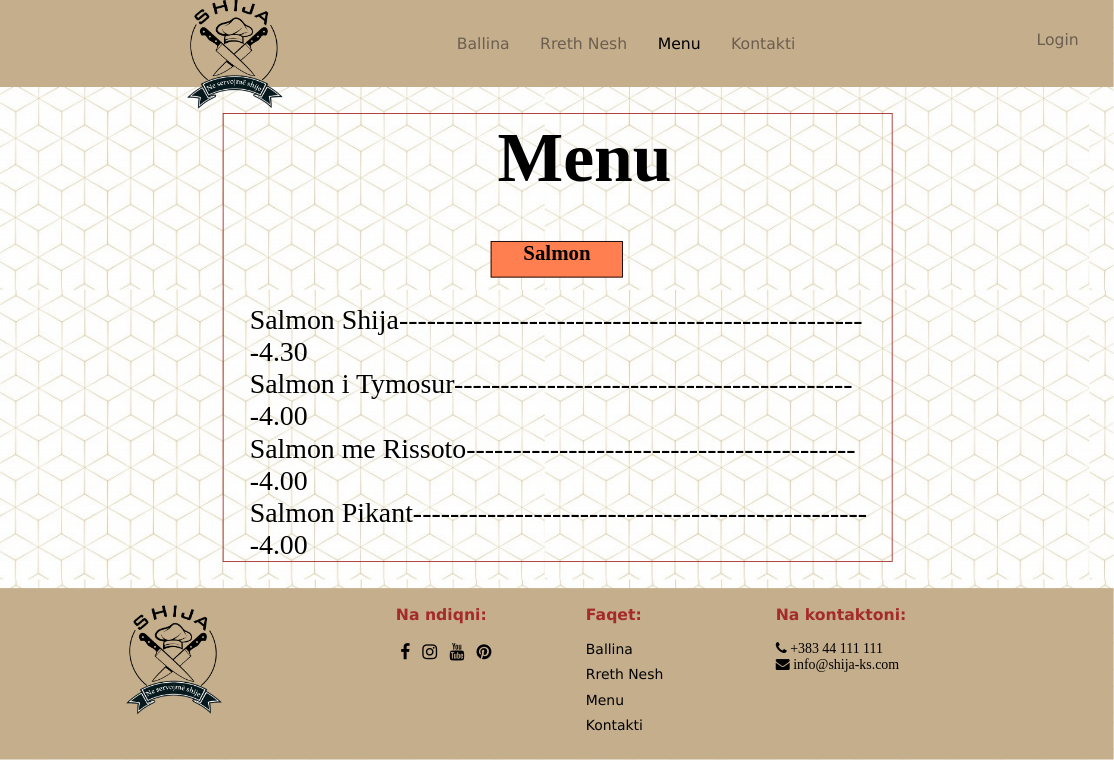
Repository: bs47892/ProjektiWeb-Shija2020
Page: menu.html
An editor plug-in stored every save of this project. The page is shown before and after the next save, followed by the edit.
The browser window is 1280 px wide. The pictures show the whole page, at 87% of full size.
Some web fonts or font styles are not loaded; a fallback is used.

Above is the page before, as saved 2021-02-12 14:20:17.

### menu.html
<!DOCTYPE html>
<html>
    <head>
<title> Restaurant Shija </title>
<link rel="stylesheet" type="text/css" href ="style.css">
<link rel="stylesheet" href="https://stackpath.bootstrapcdn.com/font-awesome/4.7.0/css/font-awesome.min.css">
<link rel="preconnect" href="https://fonts.gstatic.com">

<link href="https://fonts.googleapis.com/css2?family=Dancing+Script&family=EB+Garamond&family=Lovers+Quarrel&display=swap" rel="stylesheet">
    </head>
    <body>
       <header class="header">
           <div class ="container">
               <div class="logo">
            <img src="images/logo-png.png" alt="llogo" width="110" height="125"/>
               </div>
           <nav>
            <ul>
                <li><a href="shija.html" class="underline">Ballina</a></li>
                <li><a href="RrethNesh.html" class="underline">Rreth Nesh</a></li>
                <li><a href="menu.html" class="underline active">Menu</a></li>
                <li><a href="kontakti.html" class="underline">Kontakti</a></li>
            </ul>
            </nav>
            <li><a href="login/login.html" class="rightlog">Login</a></li>


           </div>
        </header>
 <!--********************Ketu perfundon tagu per header*****************************-->
<div class="menuja">
    <h1>Menu</h1>
    <div class="titull">
        <h2>Salmon</h2>
    </div>
        <ul>
            <li>Salmon Shija---------------------------------------------------4.30</li>
            <li>Salmon i Tymosur--------------------------------------------4.00</li>
            <li>Salmon me Rissoto-------------------------------------------4.00</li>
            <li>Salmon Pikant--------------------------------------------------4.00</li>
        </ul>

</div>








<!--**************************Ketu fillon footeri**********************************-->
<footer class="footer">
    <div class="inner_footer">
        <div class="logo">
            <img src="images/logo-png.png" alt="llogo" width="110" height="125"/>
        </div>
        <div class ="footer_third">

            <h3>Na ndiqni: </h3>
            <p>

            </p>
            <div class="socials">
            <ul>
            <li><a href="#"><i class="fa fa-facebook"></i></a></li>
            <li><a href="#"><i class="fa fa-instagram"></i></a></li>
            <li><a href="#"><i class="fa fa-youtube"></i></a></li>
            <li><a href="#"><i class="fa fa-pinterest"></i></a></li>
            </ul>
            </div>
        </div>
        <div class ="footer_third">
            <h3>Faqet: </h3>
            <p>

            </p>
            <div class="menu">
            <ul>
                <li><a href="shija.html">Ballina</a></li>
                <li><a href="RrethNesh.html">Rreth Nesh</a></li>
                <li><a href="menu.html">Menu</a></li>
                <li><a href="kontakti.html">Kontakti</a></li>
            </ul>
            </div>
            </div>

        <div class ="footer_third">
            <h3>Na kontaktoni: </h3>
            <p>

            </p>
            <div class="kontakti">
                <i class="fa fa-phone"> +383 44 111 111</i>
            <i class ="fa fa-envelope"> info@shija-ks.com</i>
            </div>
        </div>





    </footer>
    </body>
</html>

### style.css
*{
    margin:0;
    padding:0;
    list-style: none;
    text-decoration: none;
}
body{
    background-image:url(images/mainbackground.jpg);
}


header{
    min-height: 100px;
    background-color: rgb(196, 174, 140);
}
.logo {

    float:left;
    padding: 0 200px 0 215px;

}
nav ul li{
    float: left;
    line-height: 100px; /*text in the center*/
    padding-right: 15px;
}

nav ul li a{
    display: block;
    font-size: 18px;
    font-family:Verdana, Geneva, Tahoma, sans-serif;
    color:rgba(44, 37, 37, 0.582);
    padding: 0px 20px 1px 0px;

}

nav ul li a:hover{
    color:rgb(0, 0, 0);
}

.underline {
    display: inline;
    position: relative;
    user-select: none;
}



.underline::before {
    content: '';
    position: absolute;
    width: 100%;
    transform: scaleX(0);
    height: 3px;
    bottom: 0;
    left: 0;
    background-color: #000000c4;
    transform-origin: center;
    transition: transform 0.30s ease-out;
}
.underline:hover::before {
    transform: scaleX(1);
    transform-origin: center;
}

.active {
    color: black;
}
footer{
    position: relative;;    /*rreshti 47 dhe 48 e definojne poziten e footerit*/
    bottom: 0;
    width: 100vw;
    display: block;
    overflow: hidden;
    padding: 20px 0;
    box-sizing: border-box;
    background-color: rgb(196, 174, 140);
}
.inner_footer{
    display: block;
    margin: 0 auto;
    width: 1100px;
}
.inner_footer .logo{
   padding-left: 5%;

}
.inner_footer .footer_third{

  width: calc(21.666666667% - 20px);
  display: inline;
    float:left;
    height:100%
}
.inner_footer .footer_third:last-child{
    margin-right:0;
}
.inner_footer .footer_third h3{
    font-family: Verdana, Geneva, Tahoma, sans-serif;
    font-size:18px;
    color: brown;
    display:block;
    width: 100%;
    margin-bottom:20px;
}
.inner_footer .footer_third .socials a{
    font-family: Verdana, Geneva, Tahoma, sans-serif;

    display:block;
    color: black;
    font-weight:200;
    width: 100%;
    padding-bottom:20px;
}
.inner_footer .footer_third .socials li{
    display: inline-block;
    padding: 0 5px;
    font-size: 20px;
}
.inner_footer .footer_third .menu a{
    font-family:Verdana, Geneva, Tahoma, sans-serif;
    display:block;
    color: black;
    padding-bottom:10px;
}

.rightlog {
    float: right;
    display: block;
    font-size: 18px;
    font-family:Verdana, Geneva, Tahoma, sans-serif;
    color:rgba(44, 37, 37, 0.582);
    padding: 35px 40px 35px 35px;
}

.rightlog:hover {
    color: black;
}
/*main page (slider)*/
.slider{


    transform: translate(-25%, 0%);
       width:800px;
       height:500px;
       border-radius: 10px;
       overflow:hidden;

   }
   .slides{
       width:500%;
       height: 500px;
       display: flex;
   }
   .slides input{
       display: none;
   }
   .slide{
       width:20%;
       transition: 2s;
   }
   .slide img{
       width:800px;
       height:500px;
   }
   .navigation-manual{
   position: absolute;
   width:800px;
   margin-top: 460px;
   display: flex;
   justify-content: center;

   }
   .manual-btn{
       border:2px solid black;
       padding: 5px;
       border-radius: 10px;
       cursor:pointer;
       transition:1s;
   }
   .manual-btn:not(:last-child){
       margin-right: 40px;
   }
   .manual-btn:hover{
       background-color: black;

   }
   #radio1:checked ~ .first{
       margin-left:0;
   }
   #radio2:checked ~ .first{
       margin-left:-20%;
   }
   #radio3:checked ~ .first{
       margin-left:-40%;
   }
   #radio4:checked ~ .first{
       margin-left:-60%;
   }
   .navigation-auto{
       position: absolute;
       display: flex;
       width:800px;
       justify-content: center;
       margin-top: 460px;
   }
   .navigation-auto div{
       border:2px solid black;
       padding:5px;
       border-radius:10px;
       transition: 1s;
   }
   .navigation-auto div:not(:last-child){
       margin-right: 40px;
   }
   #radio:checked ~ .navigation-auto.auto-btn1{
       background: black;
   }
   #radio:checked ~ .navigation-auto.auto-btn2{
       background: black;
   }
   #radio:checked ~ .navigation-auto.auto-btn3{
       background: black;
   }
   #radio:checked ~ .navigation-auto.auto-btn4{
       background: black;
   }
   /*main slider perfundon ketu*/

   /*sllogani*/
   .sllogani{
       display:block;
       border:1px solid black;
       height: 200px;
       width: 100%;
       background-color:white;
       margin-top: 50px;
   }
   .sllogani h1{
      font-size: 500%;
      font-family:  'Dancing Script', cursive;
      color: brown;
      margin-top: 50px;
      margin-left: 30%;

   }
   /*perfundoi sllogani*/
   /*specialitet*/
   .specialiteti{
       display: block;
       border:1px solid white;
       height: 400px;
       width:100%;

   }
   .specialiteti img{
       float:left;
       margin-top:100px;
       margin-left: 20px;
       size: 275, 153;
   }
   .specialiteti h1{
       font-size: 300%;
       margin-top: 80px;
       font-family: 'EB Garamond', serif;
       font-style: italic;
   }
   .specialiteti p{
       float:right;
       font-size: 180%;
       margin-top: 25px;
       margin-right: 50px;
       line-height: 35px;
       font-family: 'EB Garamond', serif;
   }
   /*perfundon specialiteti*/
   .lokacioni{
    display: block;
    border:1px solid white;
    height: 500px;
    width:100%;
    background-color: white;

   }
.lokacioni img{
 float: left;
 margin-left: 50px;
}
.lokacioni h1{
    font-family: 'EB Garamond', serif;
    font-style: italic;
    margin-top: 50px;
    margin-left: 600px;
}
.lokacioni p{
float: right;
margin-right: 300px;
margin-top:50px;
font-size: 130%;
line-height: 50px;
font-family: 'EB Garamond', serif;
}
.lokacioni p i{
    color:mediumvioletred;
}

/* Rreth nesh */
.body02 {
    background-image:url(images/rrethdesc.png);
    height: 600px;
    width: 1536px;
}
.about-section{
    font-family: Verdana, Geneva, Tahoma, sans-serif;
}

.inner-container{
    height: 400px;
    font-family: 'Poppins', sans-serif;
}

.inner-container h1{
    font-size: 30px;
    font-weight: 900;
}

.text{
    font-size: 20px;
    color: #545454;
    line-height: px;
    text-align: justify;

}

h1 {
    margin-left: 41%;
    padding-top: 5px;
}

h2 {
    padding-top: 50px;
    padding-left: 30px;
}

p {
    line-height: 24px;
}

/*Menu fillon ketu*/
.menuja{
    border:1px solid brown;
    height: auto;
    width: 60%;
margin-left: 20%;
margin-top: 30px;
margin-bottom: 30px;
}
.menuja h1{
    font-family: 'Dancing Script', cursive ;
    font-size: 500%;
}
.menuja .titull{
    border: 1px solid black;
    height: 40px;
    width: 150px;
    text-align: center;
    background-color: coral;
    margin-left: 40%;
    margin-top: 50px;
}
.menuja .titull h2{
padding:0;
font-family: 'EB Garamond', serif;
}
.menuja ul{
    font-family: 'EB Garamond', serif;
    margin-left: 30px;
    margin-top: 30px;
    font-size: 200%;

}
/*Menu perfundon ketu*/


/*Contact Form fillon ketu*/

.containerc {
    max-width: 700px;
    width: 100%;
    margin: 0% 30% 30% 28% ;
    position: relative;
  }

  #contact input[type="text"],
  #contact input[type="email"],
  #contact input[type="tel"],
  #contact input[type="url"],
  #contact textarea,
  #contact button[type="submit"] {
    font: 400 12px/16px "Roboto", Helvetica, Arial, sans-serif;
  }

  #contact {
    background: #F9F9F9;
    padding: 25px;
    margin: 150px 0;
    box-shadow: 0 0 20px 0 rgba(0, 0, 0, 0.2), 0 5px 5px 0 rgba(0, 0, 0, 0.24);
  }

  #contact h3 {
    display: block;
    font-size: 40px;
    font-weight: 300;
    margin-bottom: 10px;
    text-align:center;
    font-family: Fjalla One, sans-serif;
  }

  #contact h4 {
    margin: 5px 0 15px;
    display: block;
    font-size: 13px;
    font-weight: 400;
    text-align: center;
    font-family: Fjalla One, sans-serif;
  }

  fieldset {
    border: medium none !important;
    margin: 0 0 10px;
    min-width: 100%;
    padding: 0;
    width: 100%;
  }

  #contact input[type="text"],
  #contact input[type="email"],
  #contact input[type="tel"],
  #contact input[type="url"],
  #contact textarea {
    width: 100%;
    border: 1px solid #ccc;
    background: #FFF;
    margin: 0 0 5px;
    padding: 10px;
    font-family: Arial, Helvetica, sans-serif;
  }

  #contact input[type="text"]:hover,
  #contact input[type="email"]:hover,
  #contact input[type="tel"]:hover,
  #contact input[type="url"]:hover,
  #contact textarea:hover {
    -webkit-transition: border-color 0.3s ease-in-out;
    -moz-transition: border-color 0.3s ease-in-out;
    transition: border-color 0.3s ease-in-out;
    border: 1px solid #aaa;
    font-family: Arial, Helvetica, sans-serif;
  }

  #contact textarea {
    height: 100px;
    max-width: 100%;
    resize: none;
  }

  #contact button[type="submit"] {
    cursor: pointer;
    width: 100%;
    border: none;
    background: #000000e1;
    color: rgb(255, 255, 255);
    margin: 0 0 5px;
    padding: 10px;
    font-size: 15px;
    border: 3px solid black;
    border-radius: 10px;
  }

  #contact button[type="submit"]:hover {
    background: rgba(255, 255, 255, 0);
    color: rgb(11, 59, 11);
    border: 3px solid black;
    -webkit-transition: background 1s ease-in-out;
    -moz-transition: background 1s ease-in-out;
    transition: background-color 1s ease-in-out;
  }

  #contact button[type="submit"]:active {
    box-shadow: inset 0 1px 3px rgb(126, 0, 0);
  }

  .copyright {
    text-align: center;
  }

  .aboutlink {
    font-size: 18px;
    color: #000000;
  }

  .aboutlink:hover {
    font-size: 18.9px;
  }

  #contact input:focus,
  #contact textarea:focus {
    outline: 0;
    border: 1px solid #aaa;
  }

  ::-webkit-input-placeholder {
    color: #888;
  }

  :-moz-placeholder {
    color: #888;
  }

  ::-moz-placeholder {
    color: #888;
  }

  :-ms-input-placeholder {
    color: #888;
  }

After the next save:
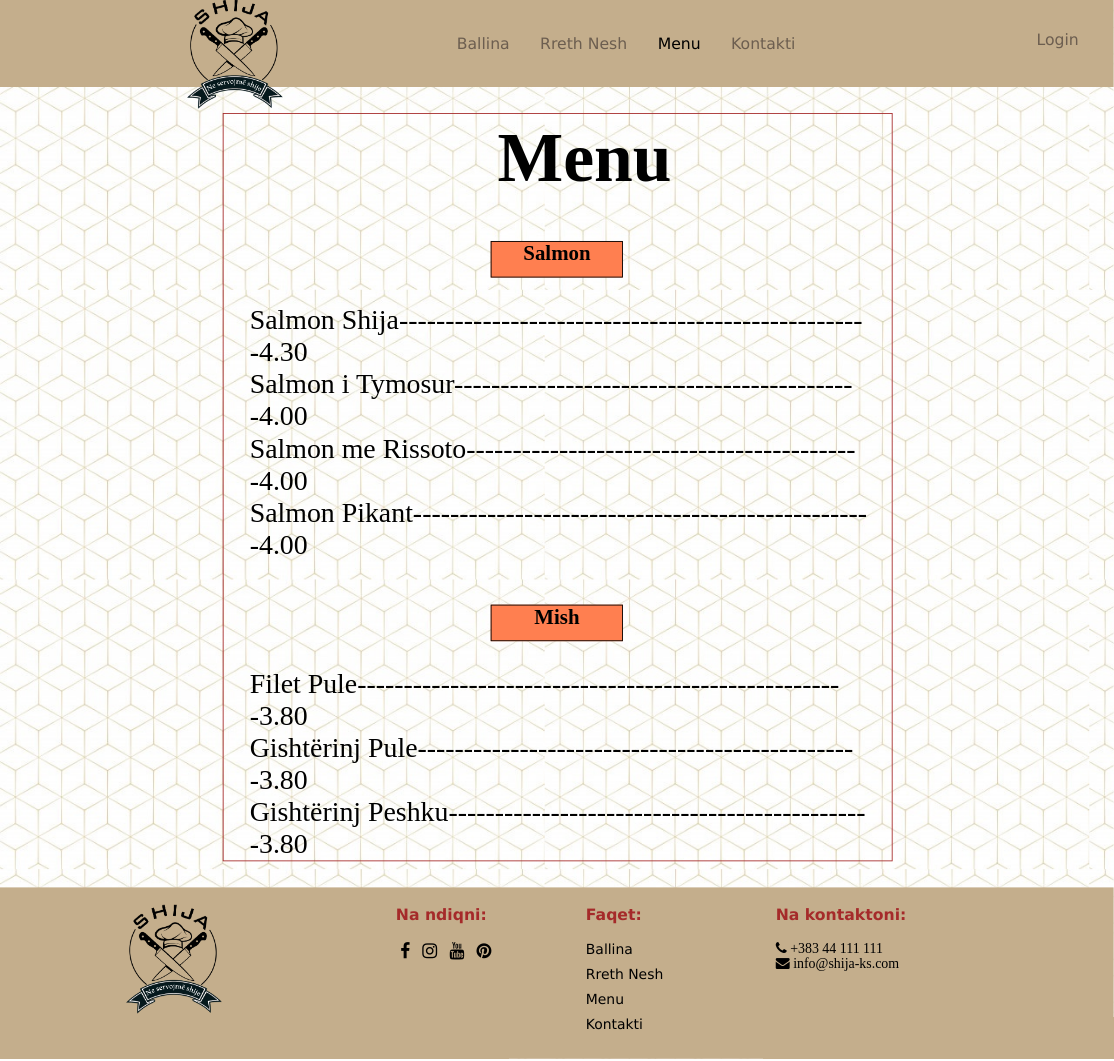
Saved 2 min 11 s later.
--- a/menu.html
+++ b/menu.html
@@ -38,6 +38,15 @@
             <li>Salmon i Tymosur--------------------------------------------4.00</li>
             <li>Salmon me Rissoto-------------------------------------------4.00</li>
             <li>Salmon Pikant--------------------------------------------------4.00</li>
+        </ul>
+        <div class="titull">
+            <h2>Mish</h2>
+        </div>
+        <ul>
+            <li>Filet Pule-----------------------------------------------------3.80</li>
+            <li>Gishtërinj Pule------------------------------------------------3.80</li>
+            <li>Gishtërinj Peshku----------------------------------------------3.80</li>
+
         </ul>
 
 </div>
